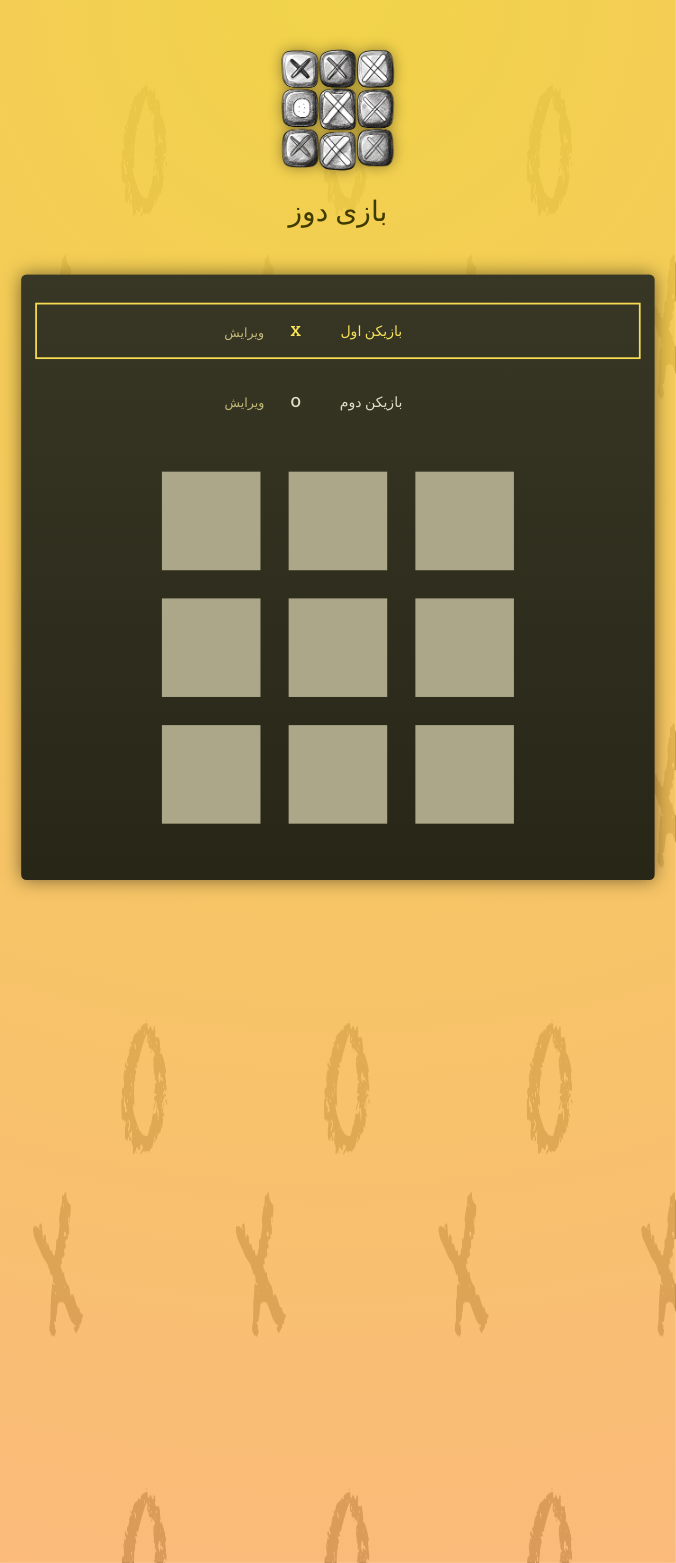
Repository: H-ala/react-tic-toc-toe
Page: /
These files come from the project's save history. The page is drawn as it stood at one moment and after the next save; the edit follows.
The browser window is 768 px wide. The pictures show the whole page, at 88% of full size.
Some web fonts or font styles are not loaded; a fallback is used. The project was rebuilt for these pictures with package versions that can differ from the ones it lists, and the page was loaded fresh each time. Also part of the build but not shown: vite.config.js, src/components/GameOver.jsx.

Above is the page before, as saved 2025-10-21 18:20:25.

### index.html
<!DOCTYPE html>
<html lang="en">
  <head>
    <meta charset="UTF-8" />
    <link rel="icon" type="image/svg+xml" href="/game-logo.png" />
    <meta name="viewport" content="width=device-width, initial-scale=1.0" />
    <title>React Tic-Tac-Toe</title>
  </head>
  <body>
    <header>
      <img src="game-logo.png" alt="main picture">
      <h1>بازی دوز</h1>
    </header>
    <div id="root"></div>
    <script type="module" src="/src/index.jsx"></script>
  </body>
</html>

### src/App.jsx
import { WINNING_COMBINATIONS } from "./winning_combinations.js";
import { useState } from "react";
import GameBoard from "./components/GameBoard.jsx";
import GameOver from "./components/GameOver.jsx";
import Player from "./components/Player.jsx";
import Log from "./components/Log.jsx";

const PLAYERS = {
    X: "بازیکن اول",
    O: "بازیکن دوم",
  }

const INITIAL_GAME_BOARD = [
  [null, null, null],
  [null, null, null],
  [null, null, null],
];

function deriveActivePlayer(gameTurns) {
  let currentPlayer = "X";
  if (gameTurns.length > 0 && gameTurns[0].player === "X") {
    currentPlayer = "O";
  }
  return currentPlayer;
}

function deriveGameBoard(gameTurns) {
  let gameBoard = [...INITIAL_GAME_BOARD.map((innerArray) => [...innerArray])];

  for (const turn of gameTurns) {
    const { square, player } = turn;
    const { row, col } = square;

    gameBoard[row][col] = player;
  }
  return gameBoard
}

function deriveWinner(gameBoard, players) {
  let winner;

  for (const combination of WINNING_COMBINATIONS) {
    const firstSquareSymbol =
      gameBoard[combination[0].row][combination[0].column];
    const secondSquareSymbol =
      gameBoard[combination[1].row][combination[1].column];
    const thirdSquareSymbol =
      gameBoard[combination[2].row][combination[2].column];

    if (
      firstSquareSymbol &&
      firstSquareSymbol === secondSquareSymbol &&
      firstSquareSymbol === thirdSquareSymbol
    ) {
      winner = players[firstSquareSymbol];
    }
  }

  return winner;
}

function App() {
  const [players, setplayers] = useState(PLAYERS);
  const [gameTurns, setGameTurns] = useState([]);

  const activePlayer = deriveActivePlayer(gameTurns);

  const gameBoard = deriveGameBoard(gameTurns);
  const winner = deriveWinner(gameBoard, players);
  const isDraw = gameTurns.length === 9 && !winner;

  function handleSelectSquare(rowIndex, colIndex) {
    setGameTurns((prevTurns) => {
      const currentPlayer = deriveActivePlayer(prevTurns);
      const updatedTurns = [
        {
          square: { row: rowIndex, col: colIndex },
          player: currentPlayer,
        },
        ...prevTurns,
      ];
      return updatedTurns;
    });
  }

  function handlePlayerName(symbol, newName) {
    setplayers((prevPlayers) => {
      return {
        ...prevPlayers,
        [symbol]: newName,
      };
    });
  }

  function handleRestart() {
    setGameTurns([]);
  }
  return (
    <main>
      <div id="game-container">
        <ol id="players" className="highlight-player">
          <Player
            initialName={PLAYERS.X}
            symbol="X"
            isActive={activePlayer === "X"}
            onChangeName={handlePlayerName}
          />
          <Player
            initialName={PLAYERS.O}
            symbol="O"
            isActive={activePlayer === "O"}
            onChangeName={handlePlayerName}
          />
        </ol>
        {(winner || isDraw) && (
          <GameOver winner={winner} onRestart={handleRestart} />
        )}
        <GameBoard onSelectSquare={handleSelectSquare} board={gameBoard} />
      </div>
      <Log turns={gameTurns} />
    </main>
  );
}

export default App;

### src/index.css
@import url("https://fonts.googleapis.com/css2?family=Caprasimo&family=Roboto+Slab:wght@400;700&display=swap");

* {
  box-sizing: border-box;
}

html {
  font-family: "Roboto Slab", sans-serif;
  line-height: 1.5;

  color: #ebe7ef;

  font-synthesis: none;
  text-rendering: optimizeLegibility;
  -webkit-font-smoothing: antialiased;
  -moz-osx-font-smoothing: grayscale;
  -webkit-text-size-adjust: 100%;
}

body {
  background: radial-gradient(
      circle at top,
      rgba(241, 210, 70, 0.98),
      rgba(250, 176, 103, 0.87)
    ),
    url("bg-pattern-dark.png");
  background-repeat: repeat;
  background-size: 100% 100%, 30% 30%, 100% 100%;
  min-height: 110rem;
  direction: rtl;
}

header {
  text-align: center;
}

header img {
  width: 8rem;
  object-fit: contain;
  margin: 3rem auto 1rem auto;
  filter: drop-shadow(0 0 8px rgba(0, 0, 0, 0.4));
}

h1 {
  font-family: "Caprasimo", cursive;
  font-size: 3rem;
  margin: 0 auto 3rem auto;
  color: #3f3b00;
}

#game-container {
  max-width: 45rem;
  margin: 3rem auto;
  padding: 2rem;
  border-radius: 6px;
  background: linear-gradient(#383624, #282617);
  box-shadow: 0 0 20px rgba(0, 0, 0, 0.5);
  position: relative;
}

#players {
  list-style: none;
  padding: 0;
  margin: 1rem 0;
  display: flex;
  justify-content: center;
  align-items: center;
  gap: 2rem;
}

#players li {
  display: flex;
  align-items: center;
  width: 50%;
  border: 2px solid transparent;
}

#players.highlight-player li.active {
  border-color: #f6e35a;
  animation: pulse 2s infinite ease-in-out;
}

#players.highlight-player li.active .player-name,
#players.highlight-player li.active .player-symbol {
  color: #f6e35a;
}

#players button {
  width: 3rem;
  border: none;
  background: none;
  color: #c3ba78;
  font-size: 0.9rem;
  cursor: pointer;
  transition: color 0.2s;
  padding: 0.5rem 0.25rem 0.25rem 0.25rem;
  text-align: center;
}

#players button:hover {
  color: #f8ca31;
}

.player {
  border: 2px solid transparent;
  padding: 0.5rem;
  border-radius: 4px;
  font-weight: bold;
}

.player-name {
  display: inline-block;
  width: 10rem;
  font-size: 1rem;
  color: #e1dec7;
  text-transform: uppercase;
  margin: 0;
  padding: 0.5rem;
  border-radius: 4px;
  text-overflow: ellipsis;
  text-align: center;
}

.player input {
  font: inherit;
  font-size: 1rem;
  width: 10rem;
  border: none;
  padding: 0.5rem;
  animation: pulse-text 2s infinite;
  background-color: #46432f;
  text-align: center;
  text-transform: uppercase;
}

.player-symbol {
  margin-left: 1rem;
  font-size: 1rem;
  color: #e1dec7;
}

ol {
  list-style: none;
  margin: 0;
  padding: 0;
}

#pre-game {
  text-align: center;
}

#pre-game button {
  cursor: pointer;
  background: none;
  color: #f8c031;
  border: none;
  font-family: "Caprasimo", cursive;
  font-size: 4rem;
  text-shadow: 0 0 12px rgba(0, 0, 0, 0.7);
  animation: pulse-text-size 2s infinite ease-out;
}

#game-board {
  display: flex;
  flex-wrap: wrap;
  justify-content: center;
  gap: 2rem;
  margin: 3rem 0;
  padding: 0;
  flex-direction: column;
}

#game-board ol {
  display: flex;
  flex-wrap: wrap;
  justify-content: center;
  gap: 2rem;
  margin: 0;
  padding: 0;
}

#game-board button {
  width: 8rem;
  height: 8rem;
  border: none;
  background: #aca788;
  color: #3f3b00;
  font-size: 5rem;
  cursor: pointer;
  font-family: "Caprasimo", cursive;
  padding: 1rem;
}

#game-over {
  position: absolute;
  top: 0;
  left: 0;
  width: 100%;
  height: 100%;
  display: flex;
  flex-direction: column;
  justify-content: center;
  align-items: center;
  background-color: rgba(40, 38, 23, 0.95);
  animation: pop-in 0.5s cubic-bezier(0.68, -0.55, 0.65, 0.52) forwards;
}

#game-over h2 {
  font-family: "Caprasimo", cursive;
  font-size: 4rem;
  text-align: center;
  color: #fcd256;
  margin: 0;
}

#game-over p {
  font-size: 2rem;
  text-align: center;
  color: #e1dec7;
}

#game-over button {
  display: block;
  margin: 0 auto;
  font-size: 1.5rem;
  background: none;
  border: 2px solid #fcd256;
  color: #fcd256;
  padding: 0.5rem 1rem;
  border-radius: 4px;
  cursor: pointer;
  transition: all 0.2s, color 0.2s;
  box-shadow: 0 0 8px rgba(255, 187, 0, 0.4);
}

#game-over button:hover {
  background: #fcd256;
  color: #3f3b00;
  transform: scale(1.1);
  box-shadow: 0 0 20px rgba(255, 187, 0, 0.8);
}

#log {
  max-width: 20rem;
  color: #3f3b00;
  list-style: none;
  margin: 2rem auto;
  padding: 0;
  text-align: center;
}

#log li {
  border-radius: 4px;
  animation: slide-in-from-left 1s cubic-bezier(0.075, 0.82, 0.165, 1) forwards;
  margin: 0.75rem;
}

#log li.highlighted {
  background-color: #3f3b00;
  color: white;
}

#game-hints {
  text-align: center;
  color: #46432f;
}

#game-hints h2 {
  font-family: "Caprasimo", cursive;
  font-size: 2rem;
  margin: 0;
}

#game-hints ul {
  list-style: none;
  padding: 0;
  margin: 0;
}

#game-hints button {
  cursor: pointer;
  border: none;
  background: transparent;
  color: #23221f;
  font: inherit;
  margin-top: 1.5rem;
}

@keyframes slide-in-from-left {
  0% {
    opacity: 0;
    transform: translateX(-30%);
  }
  100% {
    opacity: 1;
    transform: translateX(0);
  }
}

@keyframes pulse-text {
  0% {
    color: #e1dec7;
  }
  50% {
    color: #9f9d83;
  }
  100% {
    color: #e1dec7;
  }
}

@keyframes pulse-text-size {
  0% {
    transform: scale(1);
  }
  50% {
    transform: scale(1.05);
  }
  100% {
    transform: scale(1);
  }
}

@keyframes pulse {
  0% {
    border-color: #f6e35a;
    box-shadow: 0 0 0 0 rgba(246, 227, 90, 0.4);
  }
  50% {
    border-color: #f8c031;
    box-shadow: 0 0 0 0.5rem rgba(248, 165, 49, 0);
  }
  100% {
    border-color: #f6e35a;
    box-shadow: 0 0 0 0 rgba(246, 227, 90, 0);
  }
}

/* Fancy animation for showing the "Game Over" element */
@keyframes pop-in {
  0% {
    transform: scale(0);
    opacity: 0;
  }
  80% {
    transform: scale(1.1);
    opacity: 1;
  }
  100% {
    transform: scale(1);
  }
}

@media (max-width: 768px) {
  h1 {
    font-size: 2rem;
  }

  #game-container {
    padding: 1rem;
    margin: 1rem;
  }

  #players {
    flex-direction: column;
    gap: 1rem;
  }

  #players li {
    width: 100%;
    align-items: center;
    justify-content: center;
  }

  #game-board button {
    width: 7rem;
    height: 7rem;
    font-size: 2.5rem;
  }

  #pre-game button {
    font-size: 2.5rem;
  }

  #game-over h2 {
    font-size: 2.5rem;
  }

  #game-over p {
    font-size: 1.2rem;
  }
}

### src/winning_combinations.js
export const WINNING_COMBINATIONS = [
  [
    { row: 0, column: 0 },
    { row: 0, column: 1 },
    { row: 0, column: 2 },
  ],
  [
    { row: 1, column: 0 },
    { row: 1, column: 1 },
    { row: 1, column: 2 },
  ],
  [
    { row: 2, column: 0 },
    { row: 2, column: 1 },
    { row: 2, column: 2 },
  ],
  [
    { row: 0, column: 0 },
    { row: 1, column: 0 },
    { row: 2, column: 0 },
  ],
  [
    { row: 0, column: 1 },
    { row: 1, column: 1 },
    { row: 2, column: 1 },
  ],
  [
    { row: 0, column: 2 },
    { row: 1, column: 2 },
    { row: 2, column: 2 },
  ],
  [
    { row: 0, column: 0 },
    { row: 1, column: 1 },
    { row: 2, column: 2 },
  ],
  [
    { row: 0, column: 2 },
    { row: 1, column: 1 },
    { row: 2, column: 0 },
  ],
];

### src/components/Player.jsx
import { useState } from "react";

export default function ({ initialName, symbol, isActive, onChangeName }) {
  const [playerName, setplayerName] = useState(initialName);
  const [isEditting, setIsEditting] = useState(false);

  function handleEditClick() {
    setIsEditting((editting) => !editting);
    if (isEditting) {
      onChangeName(symbol, playerName);
    }
  }

  function handleChange(event) {
    setplayerName(event.target.value);
  }

  let edittablePlayerName = <span className="player-name">{playerName}</span>;
  if (isEditting) {
    edittablePlayerName = (
      <input type="text" required value={playerName} onChange={handleChange} />
    );
  }
  return (
    <li className={isActive ? "active" : undefined}>
      <span className="player">
        {edittablePlayerName}
        <span className="player-symbol">{symbol}</span>
      </span>
      <button onClick={handleEditClick}>{isEditting ? "ذخیره" : "ویرایش"} </button>
    </li>
  );
}

### src/components/Log.jsx
export default function Log({ turns }) {
  return (
    <ol id="log">
      {turns.map((turn) => (
        <li key={`${turn.square.row}${turn.square.col}`}>
          {turn.player} ردیف {turn.square.row + 1} و ستون {turn.square.col + 1}{" "}
          را انتخاب کرد
        </li>
      ))}
    </ol>
  );
}

Loaded but not shown: src/index.jsx (common file); src/components/GameBoard.jsx (common file)

After the next save:
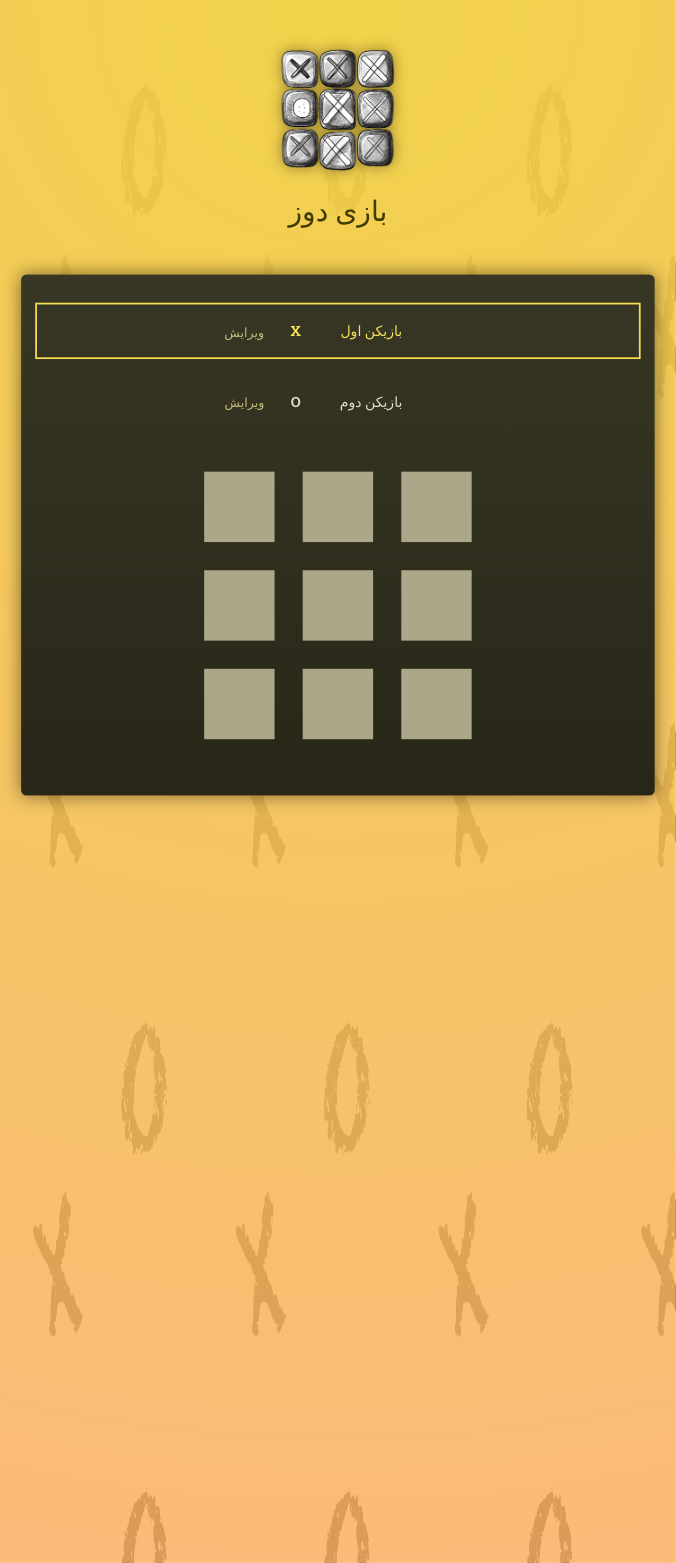
Saved 9 s later.
--- a/src/index.css
+++ b/src/index.css
@@ -373,8 +373,8 @@ ol {
   }
 
   #game-board button {
-    width: 7rem;
-    height: 7rem;
+    width: 5rem;
+    height: 5rem;
     font-size: 2.5rem;
   }
 
